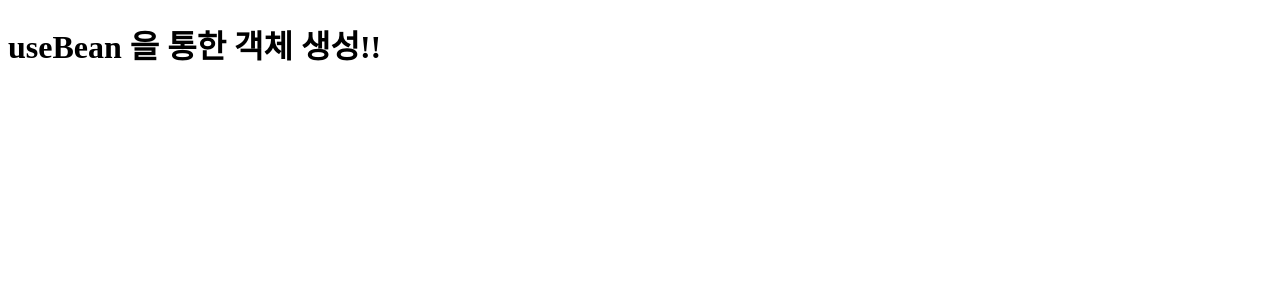
Repository: charamee/Web_kh
Page: http://localhost/Jsp07_EL_JSTL/usebean.jsp
The author's editor kept a copy of each file at every save. The page is drawn from the files as they stood at one save, then again after the next save.
The browser window is 1280 px wide. The pictures show the whole page.
The page is served by Tomcat 9. Other server files are loaded and not shown.

Above is the page before, as saved 2021-02-25 00:17:30.

### Workspace_WEB/Jsp07_EL_JSTL/WebContent/usebean.jsp
<%@ page language="java" contentType="text/html; charset=UTF-8"
    pageEncoding="UTF-8"%>
<% request.setCharacterEncoding("UTF-8"); %>
<% response.setContentType("text/html; charset=UTF-8"); %>
<!DOCTYPE html>
<html>
<head>
<meta charset="UTF-8">
<title>Insert title here</title>
</head>
<body>

	<h1>useBean 을 통한 객체 생성!!</h1>

	<!-- Score sc = new Score(); -->
	<jsp:useBean id="sc" class="com.el.dto.Score"></jsp:useBean>

</body>
</html>

### Workspace_WEB/Jsp07_EL_JSTL/src/com/el/dto/Score.java
package com.el.dto;

public class Score {

	String name;
	int kor;
	int eng;
	int math;
	int sum;
	double avg;
	String grade;
	public Score() {
		super();
		// TODO Auto-generated constructor stub
	}
	public Score(String name, int kor, int eng, int math, int sum, double avg, String grade) {
		super();
		this.name = name;
		this.kor = kor;
		this.eng = eng;
		this.math = math;
		this.sum = sum;
		this.avg = avg;
		this.grade = grade;
	}
	public Score(String name, int kor, int eng, int math) {
		this.name = name;
		this.kor=kor;
		this.eng=eng;
		this.math=math;
		setSum();
		setAvg();
		setGrade();
	}

	public String getName() {
		return name;
	}
	public void setName(String name) {
		this.name = name;
	}
	public int getKor() {
		return kor;
	}
	public void setKor(int kor) {
		this.kor = kor;
	}
	public int getEng() {
		return eng;
	}
	public void setEng(int eng) {
		this.eng = eng;
	}
	public int getMath() {
		return math;
	}
	public void setMath(int math) {
		this.math = math;
	}
	public int getSum() {
		return sum;
	}
	public void setSum() {
		this.sum = kor+eng+math;
	}
	public double getAvg() {
		return  avg;

	}
	public void setAvg() {
		this.avg = getSum()/3.0;;
	}
	public String getGrade() {
		return grade;
	}
	public void setGrade() {

		if(getAvg() <= 100 && 90 <= getAvg()) {
	         grade = "A";
	      }else if(getAvg() < 90 && 80 <= getAvg()) {
	         grade = "B";
	      }else if(getAvg() < 80 && 70 <= getAvg()){
	         grade = "C";
	      }else if(getAvg() < 70 && 60 <= getAvg()) {
	         grade = "D";
	      }else {
	         grade = "F";
	      }

	}



}

After the next save:
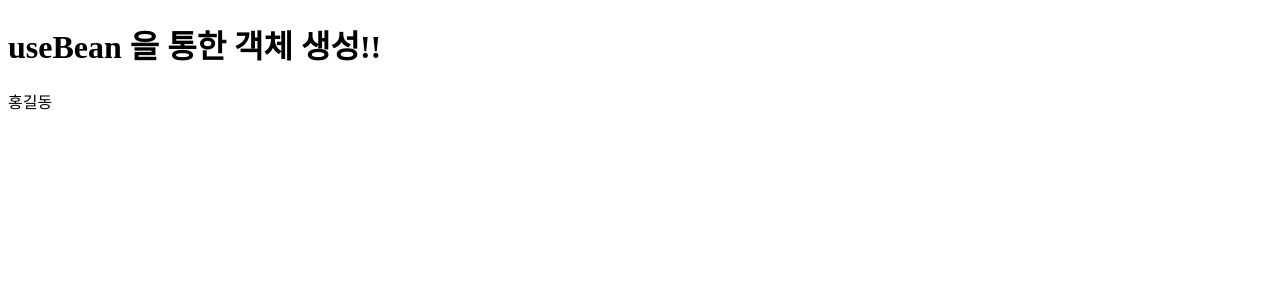
Saved 6 min 18 s later.
--- a/Workspace_WEB/Jsp07_EL_JSTL/WebContent/usebean.jsp
+++ b/Workspace_WEB/Jsp07_EL_JSTL/WebContent/usebean.jsp
@@ -12,8 +12,12 @@
 
 	<h1>useBean 을 통한 객체 생성!!</h1>
 
-	<!-- Score sc = new Score(); -->
+	<!-- Score sc = new Score();과 같은것이다.  -->
 	<jsp:useBean id="sc" class="com.el.dto.Score"></jsp:useBean>
+	<!-- 위에서 만든 객체의 setter == sc.setName(); -->
+	<jsp:setProperty property="name" name="sc" value="홍길동"/>
+	<!-- sc.getName(); -->
+	<jsp:getProperty property="name" name="sc"/>
 
 </body>
 </html>
